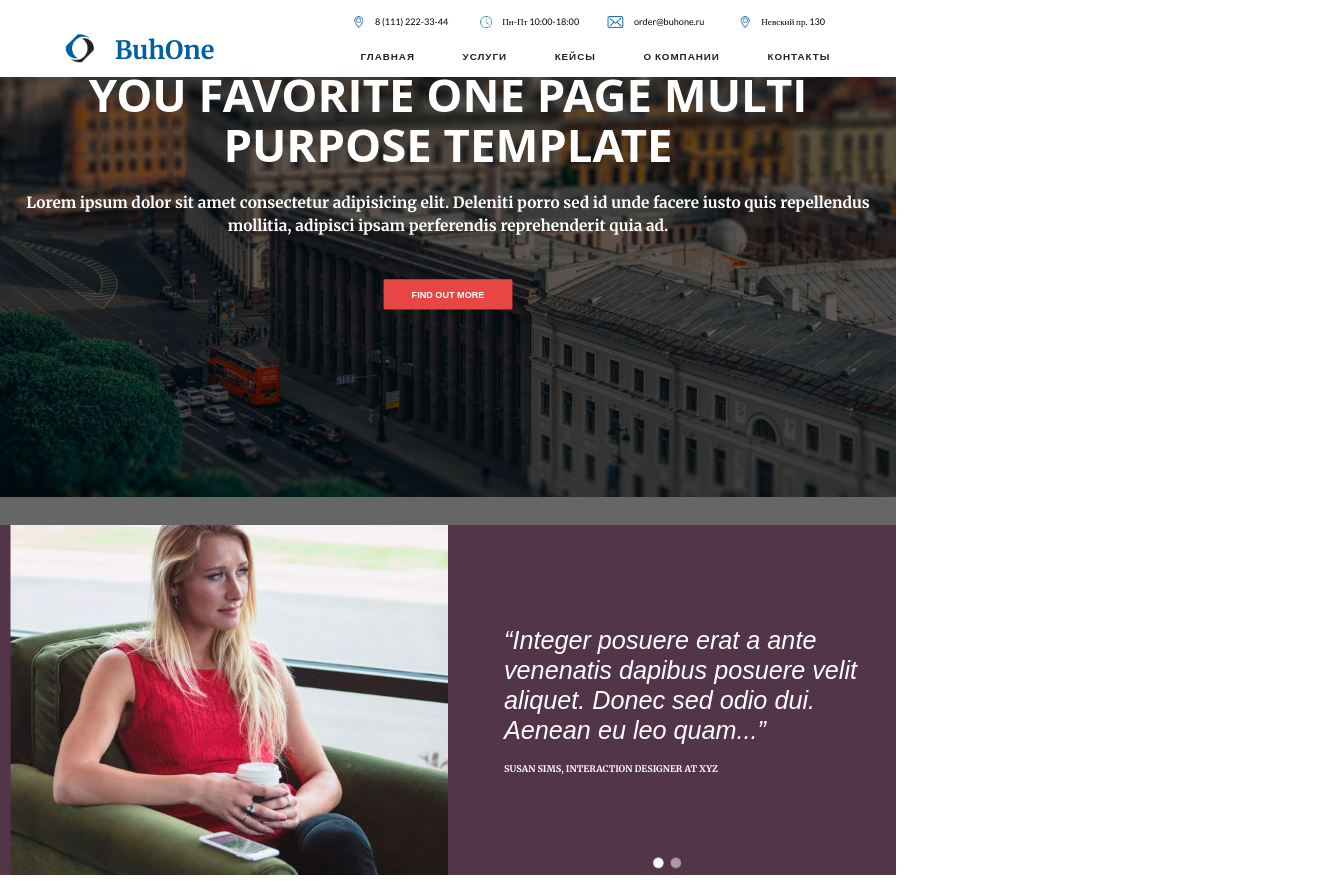
Repository: ZetsubouBilly/test
Page: index.html
The author's editor kept a copy of each file at every save. The page is drawn from the files as they stood at one save, then again after the next save.
The browser window is 1280 px wide. The page is 1280 px wide, then 1920 px, so the pictures cover 1920 px, including what lies to the right of the window. The pictures show the part of the page from y = 0 to 1280 px (the page is 1883 px tall before and 1803 px after), at 70% of full size.

Above is the page before, as saved 2023-05-13 13:16:52.

After the next save:
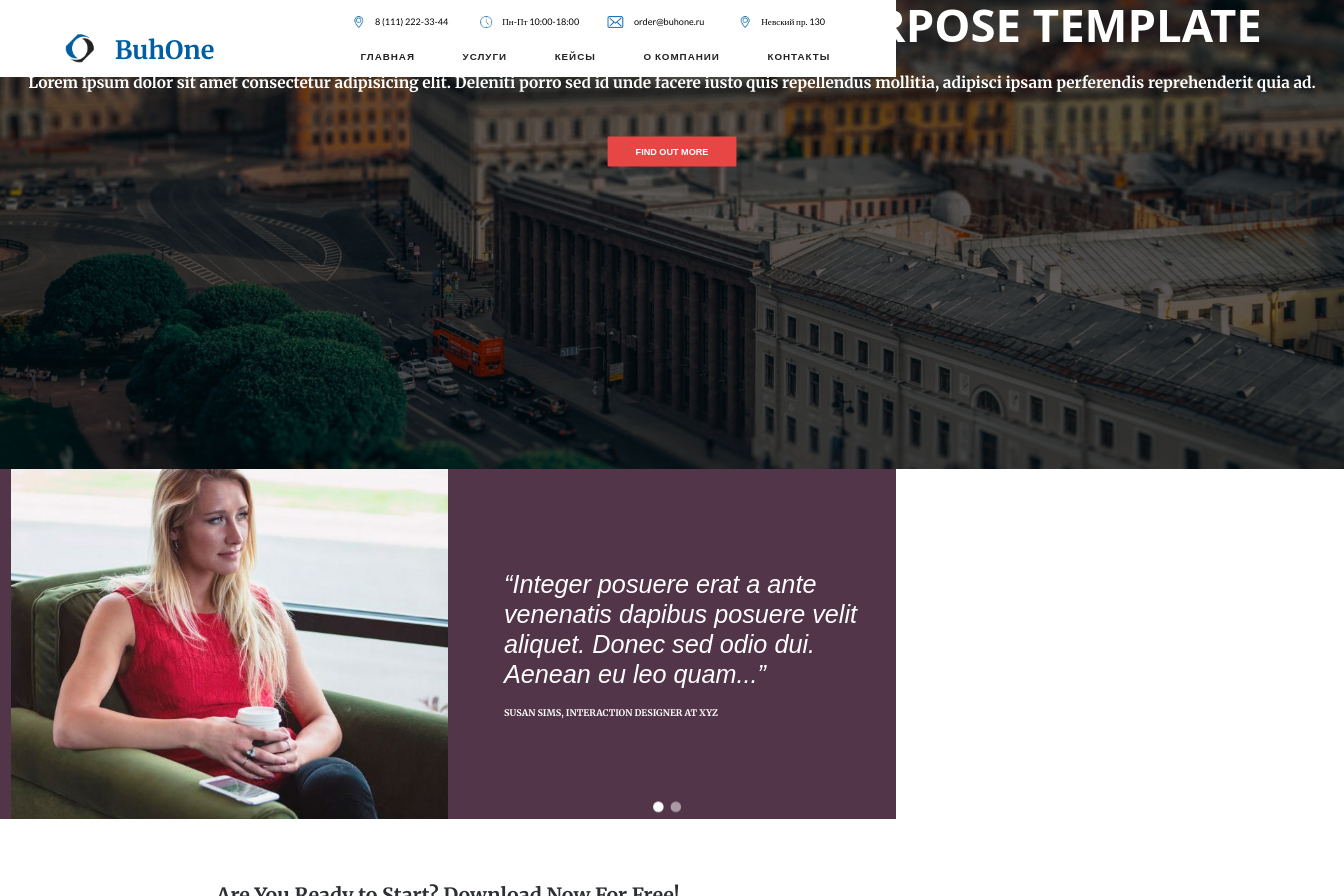
Saved 72 s later.
--- a/css/style.css
+++ b/css/style.css
@@ -175,9 +175,8 @@ p {
   /* display: flex; */
   /* flex-direction: column; */
   /* justify-content: center; */
-  height: 750px;
-  padding-top: 100px;
-  max-width: 1920px;
+  width: 1920px;
+height: 670px;
 
 
   background-size: cover;
